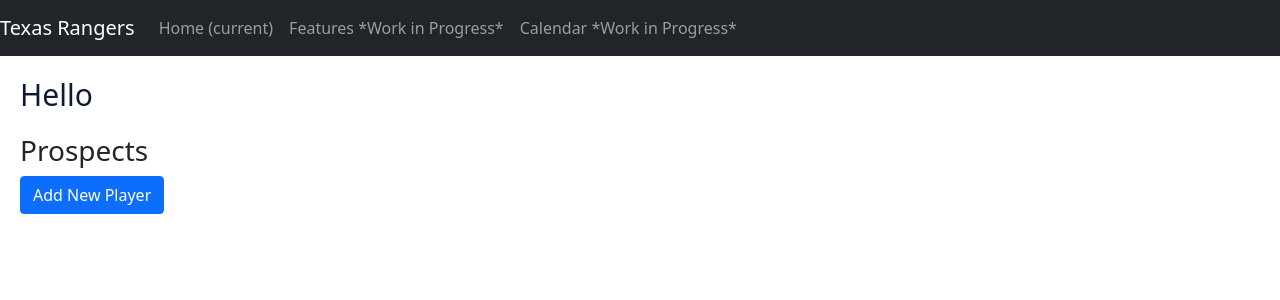
Repository: qfernandez/rangers-project
Page: http://localhost/main
The author's editor kept a record of every edit. The page is drawn from the files as they stood at one moment, then again after the next edit.
The browser window is 1280 px wide. The pictures show the whole page.
Some web libraries are served in a nearby version. The page is served by the project's Node server (app.js). Queries for data that is not in the repository find no rows.

Above is the page before.
Console error: ReferenceError: $ is not defined

After the next edit:
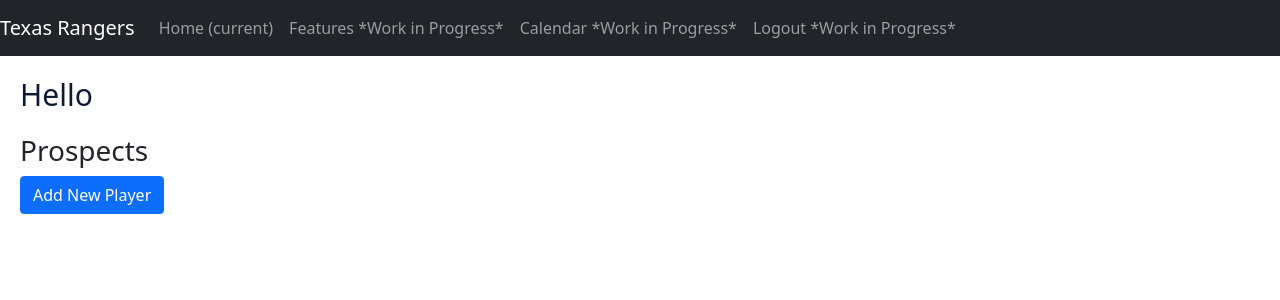
The edit:
--- a/views/partials/header.ejs
+++ b/views/partials/header.ejs
@@ -26,6 +26,9 @@
           <li class="nav-item">
             <a class="nav-link" href="/Calendar">Calendar *Work in Progress*</a>
           </li>
+          <li class="nav-item">
+            <a class="nav-link" href="#">Logout *Work in Progress*</a>
+          </li>
         </ul>
       </div>
     </nav>
